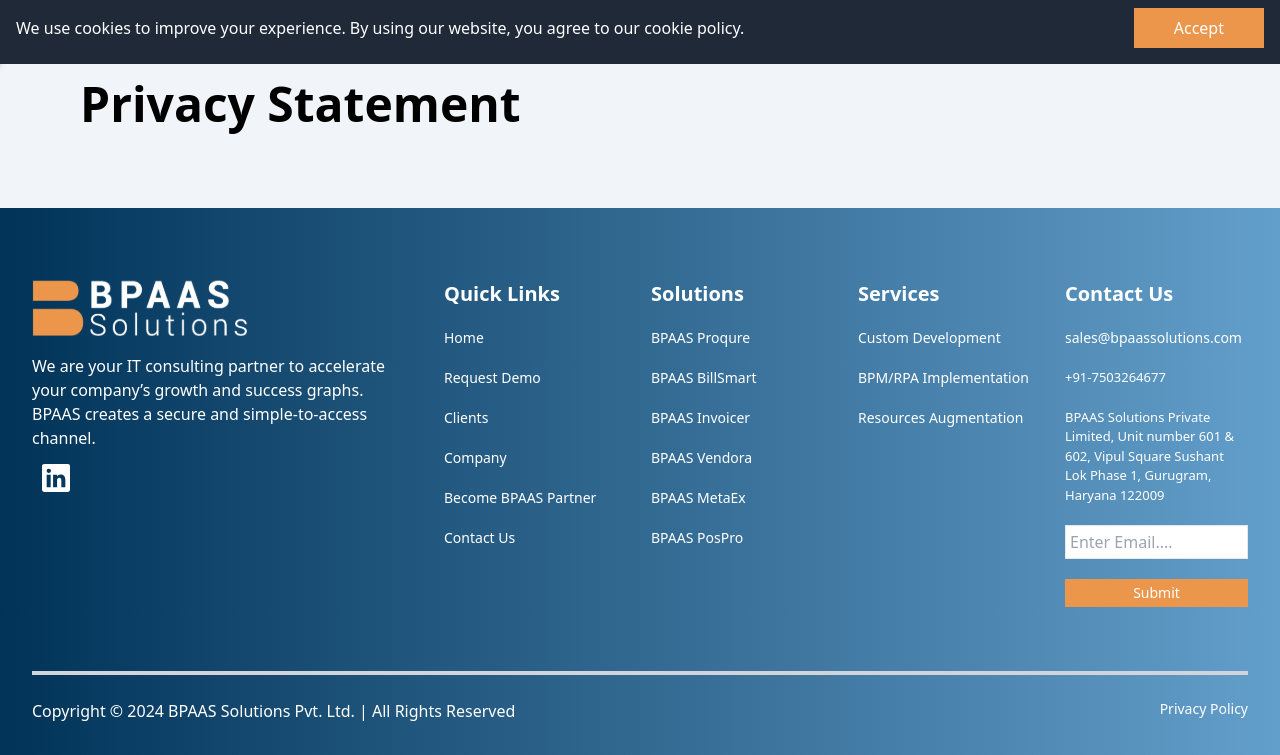
Repository: captainalpha/BP-Website
Page: /services/bp-services
These files come from the project's save history. The page is drawn as it stood at one moment and after the next save; the edit follows.
The browser window is 1280 px wide. The pictures show the part of the page from y = 656 to 1411 px (the page is 1411 px tall before and 1403 px after).
The project was rebuilt for these pictures with package versions that can differ from the ones it lists, and the page was loaded fresh each time. The framework's server and built-in components were replaced by stand-ins that run in the browser. Also part of the build but not shown: next.config.js, components/common/TopBanner.js, components/common/SectionHeader.js.

Above is the page before, as saved 2024-08-13 15:02:31.

### pages/_app.js
import Navbar from "../components/common/Navbar";
import "../styles/globals.css";
import Footer from "../components/common/Footer";

import "swiper/css";
import "swiper/css/navigation";
import "swiper/css/pagination";



import { motion, AnimatePresence } from "framer-motion";
import CookiesMain from "../components/common/CookiesMain";

// import styles from './slider.module.scss'
function MyApp({ Component, pageProps, router }) {
  const spring = {
    type: "spring",
    damping: 20,
    stiffness: 100,
    when: "afterChildren",
  };
  return (
    <>
      <div className="z-50 scroll-smooth">
        <Navbar />
      </div>
      <AnimatePresence>
        <div className="page-transition-wrapper">
          <motion.div
            transition={spring}
            key={router.pathname}
            initial={{ y: -300, opacity: 0 }}
            animate={{ y: 0, opacity: 1 }}
            exit={{ y: 300, opacity: 0 }}
            id="page-transition-container"
          >
            <Component {...pageProps} /> <Footer />{" "}
            <CookiesMain/>
          </motion.div>
        </div>
      </AnimatePresence>
    </>
  );
}

export default MyApp;

### pages/services/bp-services.js
import TopBanner from "../../components/common/TopBanner";
import SectionHeader from "../../components/common/SectionHeader";
import TopBanner2 from "../../components/common/TopBanner2";
import Image from "next/image";

function BpServices() {
  return (
    <div>
      <div className="relative">
        <TopBanner2
          image={"/images/policy-service2.jpg"}
          title="Privacy Policy"
          discription="This Privacy Policy explains how we collect, use, disclose, and safeguard your information when you visit our website."
          btnShow={false}
        />
        <div className="absolute top-[1em] right-[10em]">
          <Image
            src="/images/privacypolicy2.png"
            className="w-1/2 mx-auto"
            width="500"
            height="500"
            alt="customer-developement"
          />
        </div>
      </div>


      <div className=" bg-slate-100  p-[5em]">
        <div className="container mx-auto">
         <div className="text-left">
            <h1 className="lg:text-5xl text-3xl font-bold capitalize ">Privacy Statement</h1>
         </div>
        </div>
      </div>
    </div>
  );
}

export default BpServices;

### styles/globals.css
@tailwind base;
@tailwind components;
@tailwind utilities;

.mySwiper {
  padding: 0 3rem;
}
.swiper-button-next {
  color: white;
  font-size: 20px !important;
}
.swiper-button-prev {
  color: white;
  font-size: 20px !important;
}
.swiper-button-prev:after {
  color: white;
  font-size: 20px !important;
}
.swiper-button-next:after {
  color: white;
  font-size: 20px !important;
}
.container-bpaas{
  max-width: 1100px;
}

/* .swiper-button-prev {

  background-image: url("data:[embedded picture, 251 characters]");
} */
.swiper-button-prev:after {

  border: 2px solid white;
  border-radius: 30%;
  /* width: 25%; */
  background: #ec964c;
  padding: 20%;
}
/* .swiper-button-next {
  background-image: url("data:[embedded picture, 251 characters]");
} */
.swiper-button-next:after {

  border: 2px solid white;
  border-radius: 30%;
  /* width: 25%; */
  background: #ec964c;
  padding: 20%;
}

@media only screen and (max-width: 600px) {
  .swiper-button-next:after {
    display: none;
  }
}
@media only screen and (max-width: 600px) {
  .swiper-button-prev:after {
    display: none;
  }
}




/*OEM Modal */
@layer utilities {
  @keyframes modalOpen {
    0% {
      clip-path: polygon(0 0, 0 0, 0 100%, 0 100%);
      opacity: 0;
    }
    100% {
      clip-path: polygon(0 0, 100% 0, 100% 100%, 0 100%);
      opacity: 1;
    }
  }

  @keyframes modalClose {
    0% {
      clip-path: polygon(0 0, 100% 0, 100% 100%, 0 100%);
      opacity: 1;
    }
    100% {
      clip-path: polygon(50% 0, 50% 0, 50% 100%, 50% 100%);
      opacity: 0;
    }
  }

  .animate-modalOpen {
    animation: modalOpen 0.5s forwards;
  }

  .animate-modalClose {
    animation: modalClose 0.5s forwards;
  }

  .custom-aspect-ratio {
    box-shadow: rgba(149, 157, 165, 0.2) 0px 8px 24px;
    aspect-ratio: 3 / 2;
  }
}

### components/common/Footer.js
import Image from "next/image";
import Link from "next/link";

export default function Footer() {
  return (
    <footer className=" bg-gradient-to-r from-primary to-secondary text-white p-5 md:p-8">
      <div className="  py-10 ">
        <div className="lg:grid lg:grid-cols-9 gap-5">
          <div className="w-full  lg:col-span-3">
            <div className=" space-y-3">
              <div className="">
                <Image
                  alt=""
                  src={require("../../assets/bpass-logo-white.svg")}
                />
              </div>

              <p className="max-w-sm mt-4 ">
                We are your IT consulting partner to accelerate your company’s
                growth and success graphs. BPAAS creates a secure and
                simple-to-access channel.
              </p>

              <div className="flex mt-4 ">
                <a
                  href="https://www.linkedin.com/company/bpaas-solutions-pvt-ltd/"
                  className="mx-2 "
                  aria-label="Linkden"
                >
                  <svg className="w-8 h-8 fill-current" viewBox="0 0 512 512">
                    <path d="M444.17,32H70.28C49.85,32,32,46.7,32,66.89V441.61C32,461.91,49.85,480,70.28,480H444.06C464.6,480,480,461.79,480,441.61V66.89C480.12,46.7,464.6,32,444.17,32ZM170.87,405.43H106.69V205.88h64.18ZM141,175.54h-.46c-20.54,0-33.84-15.29-33.84-34.43,0-19.49,13.65-34.42,34.65-34.42s33.85,14.82,34.31,34.42C175.65,160.25,162.35,175.54,141,175.54ZM405.43,405.43H341.25V296.32c0-26.14-9.34-44-32.56-44-17.74,0-28.24,12-32.91,23.69-1.75,4.2-2.22,9.92-2.22,15.76V405.43H209.38V205.88h64.18v27.77c9.34-13.3,23.93-32.44,57.88-32.44,42.13,0,74,27.77,74,87.64Z" />
                  </svg>
                </a>

                {/* <a href="/contact-us" className="mx-2 " aria-label="Facebook">
                  <svg className="w-4 h-4 fill-current" viewBox="0 0 512 512">
                    <path d="M455.27,32H56.73A24.74,24.74,0,0,0,32,56.73V455.27A24.74,24.74,0,0,0,56.73,480H256V304H202.45V240H256V189c0-57.86,40.13-89.36,91.82-89.36,24.73,0,51.33,1.86,57.51,2.68v60.43H364.15c-28.12,0-33.48,13.3-33.48,32.9V240h67l-8.75,64H330.67V480h124.6A24.74,24.74,0,0,0,480,455.27V56.73A24.74,24.74,0,0,0,455.27,32Z" />
                  </svg>
                </a>

                <a href="/contact-us" className="mx-2 " aria-label="Twitter">
                  <svg className="w-4 h-4 fill-current" viewBox="0 0 512 512">
                    <path d="M496,109.5a201.8,201.8,0,0,1-56.55,15.3,97.51,97.51,0,0,0,43.33-53.6,197.74,197.74,0,0,1-62.56,23.5A99.14,99.14,0,0,0,348.31,64c-54.42,0-98.46,43.4-98.46,96.9a93.21,93.21,0,0,0,2.54,22.1,280.7,280.7,0,0,1-203-101.3A95.69,95.69,0,0,0,36,130.4C36,164,53.53,193.7,80,211.1A97.5,97.5,0,0,1,35.22,199v1.2c0,47,34,86.1,79,95a100.76,100.76,0,0,1-25.94,3.4,94.38,94.38,0,0,1-18.51-1.8c12.51,38.5,48.92,66.5,92.05,67.3A199.59,199.59,0,0,1,39.5,405.6,203,203,0,0,1,16,404.2,278.68,278.68,0,0,0,166.74,448c181.36,0,280.44-147.7,280.44-275.8,0-4.2-.11-8.4-.31-12.5A198.48,198.48,0,0,0,496,109.5Z" />
                  </svg>
                </a> */}
              </div>
            </div>
          </div>

          <div className="mt-6 lg:mt-0 lg:flex-1 lg:col-span-6">
            <div className="grid grid-cols-2 gap-6 sm:grid-cols-3 md:grid-cols-4">
              <div className="space-y-5">
                <h3 className="text-xl font-bold ">Quick Links</h3>
                <Link passHref href="/">
                  <a className="block  text-sm  hover:underline hover:text-orange">
                    Home
                  </a>
                </Link>

                <Link passHref href="/request-demo">
                  <a className="block  text-sm  hover:underline hover:text-orange">
                    Request Demo
                  </a>
                </Link>
                <Link passHref href="/clients">
                  <a className="block  text-sm  hover:underline hover:text-orange">
                    Clients
                  </a>
                </Link>
                <Link passHref href="/about-us">
                  <a className="block  text-sm  hover:underline hover:text-orange">
                    Company
                  </a>
                </Link>
                <Link passHref href="/become-partner">
                  <a className="block  text-sm  hover:underline hover:text-orange">
                    Become BPAAS Partner
                  </a>
                </Link>
                <Link passHref href="/contact-us">
                  <a className="block  text-sm  hover:underline hover:text-orange">
                    Contact Us
                  </a>
                </Link>
              </div>

              <div className="space-y-5">
                <h3 className="text-xl font-bold">Solutions</h3>
                <Link passHref href="/solutions/bpaas-proqure">
                  <a className="block  text-sm  hover:underline hover:text-orange">
                    BPAAS Proqure
                  </a>
                </Link>
                <Link passHref href="/solutions/bpaas-billsmart">
                  <a className="block  text-sm  hover:underline hover:text-orange">
                    BPAAS BillSmart
                  </a>
                </Link>
                <Link passHref href="/solutions/bpaas-invoicer">
                  <a className="block  text-sm  hover:underline hover:text-orange">
                    BPAAS Invoicer
                  </a>
                </Link>
                <Link passHref href="/solutions/bpaas-vendora">
                  <a className="block  text-sm  hover:underline hover:text-orange">
                    BPAAS Vendora
                  </a>
                </Link>
                {/* <Link passHref href="/solutions/bpaas-smartex">
                  <a className="block  text-sm  hover:underline hover:text-orange">
                    BPAAS SmartEx
                  </a>
                </Link> */}
                <a
                  className="block  text-sm  hover:underline hover:text-orange"
                  href="https://metasolve.io/"
                  target="_blank"
                  rel="noreferrer"
                >
                  BPAAS MetaEx
                </a>
                <Link passHref href="/solutions/bpaas-pospro">
                  <a className="block  text-sm  hover:underline hover:text-orange">
                    BPAAS PosPro
                  </a>
                </Link>
              </div>

              <div className="space-y-5">
                <h3 className=" text-xl font-bold  ">Services</h3>

                <Link passHref href="/services/custom-development">
                  <a className="block  text-sm  hover:underline hover:text-orange">
                    Custom Development
                  </a>
                </Link>
                <Link passHref href="/services/bpm-rpa-implementation">
                  <a className="block  text-sm  hover:underline hover:text-orange">
                    BPM/RPA Implementation
                  </a>
                </Link>
                <Link passHref href="/services/resource-augmentation">
                  <a className="block  text-sm  hover:underline hover:text-orange">
                    Resources Augmentation
                  </a>
                </Link>
              </div>

              <div className="space-y-5">
                <h3 className=" text-xl font-bold ">Contact Us</h3>
                {/* <span className="block  text-sm  hover:underline hover:text-orange">
                  abhishek.kumar@bpaassolutions.com
                </span> */}
                <span className="block  text-sm  hover:underline hover:text-orange">
                  sales@bpaassolutions.com
                </span>
                <span className="block  text-[13px]  hover:underline hover:text-orange">
                  +91-7503264677
                </span>
                <span className="block  text-[13px]  hover:underline hover:text-orange">
                  BPAAS Solutions Private Limited, Unit number 601 & 602, Vipul
                  Square Sushant Lok Phase 1, Gurugram, Haryana 122009
                </span>
                <input
                  className="block p-1 outline-none border text-black w-full"
                  placeholder="Enter Email...."
                />
                <button className="text-sm bg-orange px-2 py-1 w-full">
                  Submit
                </button>
              </div>
            </div>
          </div>
        </div>
      </div>
      <hr className="h-1 w-full my-6 bg-gray-300 border-none " />

      <div className="flex justify-between">
        <div>
          <p className="text-center text-white">
            Copyright © 2024 BPAAS Solutions Pvt. Ltd. | All Rights Reserved
          </p>
        </div>
        <div>
          <Link passHref href="/services/bp-services">
            <a className="block  text-sm  hover:underline hover:text-orange">
            Privacy Policy
            </a>
          </Link>
        </div>
      </div>
    </footer>
  );
}

### components/common/CookiesMain.js
import { useState, useEffect } from 'react';
import Cookies from 'js-cookie';


const CookiesMain = () => {
    const [showBanner, setShowBanner] = useState(false);

  useEffect(() => {
    const consent = Cookies.get('cookie-consent');
    if (!consent) {
      setShowBanner(true);
    }
  }, []);

  const acceptCookies = () => {
    Cookies.set('cookie-consent', 'true', { expires: 365 });
    setShowBanner(false);
  };

  if (!showBanner) return null;
  return (
    <>

    <div className="fixed bottom-0 left-0 right-0 bg-gray-800 text-white p-4 flex justify-between items-center z-50">
      <span>We use cookies to improve your experience. By using our website, you agree to our cookie policy.</span>
      <button
        onClick={acceptCookies}
        className="bg-orange text-white px-4 md:px-10 py-2"
      >
        Accept
      </button>
    </div>

    </>
  )
}
export default CookiesMain

### components/common/TopBanner2.js
import Link from "next/link";
function TopBanner2({ image, title, discription, onClick,btnShow}) {
  return (
    <div
      style={{ backgroundImage: `url(${image})` }}
      className={`lg:h-[80vh] h-[60vh] mt-20 w-full text-white flex p-10 items-center bg-no-repeat bg-cover `}
    >
      <div className="space-y-4 lg:w-1/2  md:text-left">
        <h1 className="lg:text-5xl text-3xl font-bold capitalize ">{title}</h1>
        <p className="w-full lg:text-xl lg:text-justify tracking-tighter">
          {discription}
        </p>
    {btnShow&&(
        <Link passHref href="/request-demo">
          <button className="px-8 py-2  border-white border-2 hover:bg-orange font-medium text-xl">
            Request Demo
          </button>
        </Link>
    )}
      </div>
    </div>
  );
}

export default TopBanner2;

### tailwind.config.js
module.exports = {
  content: [
    "./pages/**/*.{js,ts,jsx,tsx}",
    "./components/**/*.{js,ts,jsx,tsx}",
  ],
  theme: {
    extend: {
      keyframes: {
        modalOpen: {
          '0%': { transform: 'scale(0)', opacity: 0 },
          '100%': { transform: 'scale(1)', opacity: 1 },
        },
        modalClose: {
          '0%': { transform: 'scale(1)', opacity: 1 },

        },
        fragmentIn: {
          '0%': { opacity: 0, transform: 'translate(-50px, -50px)' },
          '100%': { opacity: 1, transform: 'translate(0, 0)' },
        },
        fragmentOut: {
          '0%': { opacity: 1, transform: 'translate(0, 0)' },
          '100%': { opacity: 0, transform: 'translate(50px, 50px)' },
        },

      },
      animation: {
        modalOpen: 'modalOpen 0.5s ease-out forwards',
        modalClose: 'modalClose 0.5s ease-in forwards',
        fragmentIn: 'fragmentIn 0.5s ease-out forwards',
        fragmentOut: 'fragmentOut 0.5s ease-in forwards',
      },
      backgroundImage: {
        "testimonial-bg": "url('/img/hero-pattern.svg')",
        "testimonial-bgs": "url('/')",
      },
      colors: {
        primary: "#013358",
        secondary: "#639FCB",
        primaryText: "#1D669C",
        orange: "#EC964C",
        glassEffect:
          "linear-gradient(105.47deg, #FFFFFF -13.63%, rgba(255, 255, 255, 0) 108.8%)",
      },
      backgroundSize: {
        "size-200": "200% 200%",
      },
      backgroundPosition: {
        "pos-0": "0% 0%",
        "pos-100": "100% 100%",
      },
    },
    variants: {
      fill: ["hover", "focus"],
    },
    boxShadow: {
      "3xl": "0 35px 60px -15px rgba(0, 0, 0, 0.3)",
    },
  },
  plugins: [],
};

Loaded but not shown: components/common/Navbar.js (726 lines, source omitted)

After the next save:
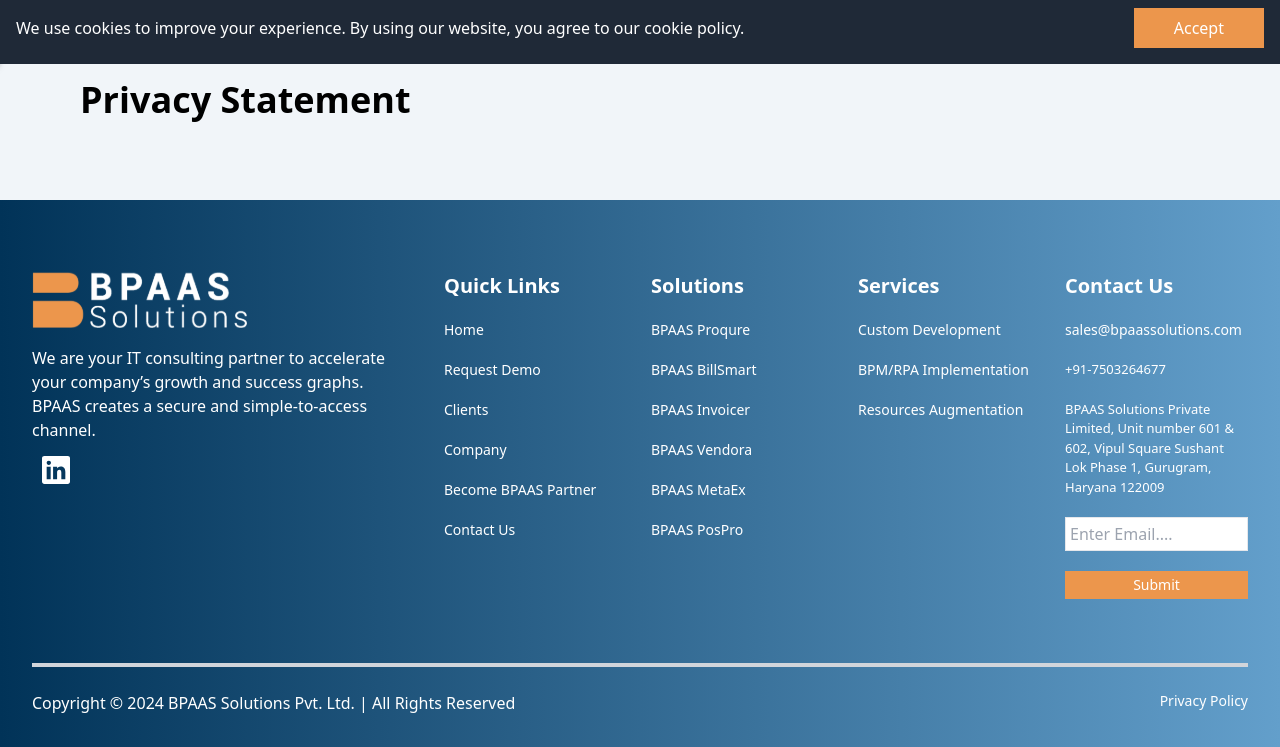
Saved 8 s later.
--- a/pages/services/bp-services.js
+++ b/pages/services/bp-services.js
@@ -28,7 +28,7 @@
       <div className=" bg-slate-100  p-[5em]">
         <div className="container mx-auto">
          <div className="text-left">
-            <h1 className="lg:text-5xl text-3xl font-bold capitalize ">Privacy Statement</h1>
+            <h1 className="lg:text-4xl text-3xl font-bold capitalize ">Privacy Statement</h1>
          </div>
         </div>
       </div>
